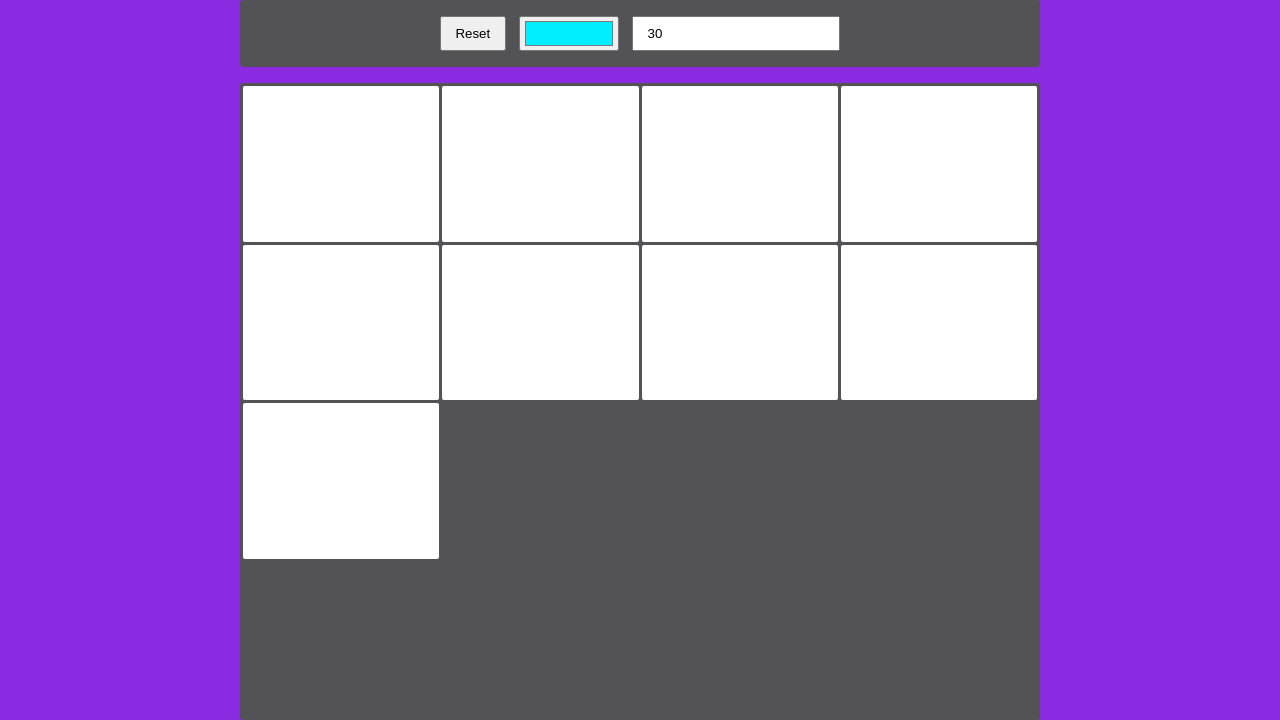
Repository: Larrowo/Challenges
Page: Pixel-Art/index.html
These files come from the project's save history. The page is drawn as it stood at one moment and after the next save; the edit follows.
The browser window is 1280 px wide. The pictures show the whole page.

Above is the page before, as saved 2022-04-20 12:36:46.

### Pixel-Art/index.html
<!DOCTYPE html>
<html lang="en">

<head>
    <meta charset="UTF-8" />
    <meta http-equiv="X-UA-Compatible" content="IE=edge" />
    <meta name="viewport" content="width=device-width, initial-scale=1.0" />
    <title>Document</title>
    <link rel="stylesheet" href="style.css" />
    <script src="/Pixel-Art/main.js" defer></script>
</head>

<body>
    <div class="navbar">
        <button class="btn">Reset</button>
        <input type="color" value="#00eeff" class="color">
        <input type="number" value="30" class="size">
    </div>
    <div class="container">
    </div>
</body>

</html>

### Pixel-Art/style.css
*{
    margin: 0;
    padding: 0;
    box-sizing: border-box;
}

html, body{
    height: 100%;
}

body{
    background-color: blueviolet;
    display: flex;
    justify-content: center;
    align-items: center;
    flex-direction: column;

}

.navbar, .container{
    background-color:rgb(83, 83, 86);
    width: 800px;
    border-radius: 3px;
}

.navbar{
    padding: 1em;
    margin-bottom: 1em;
    display: flex;
    justify-content: center;
    align-items: center;
}

.btn, input{
    height: 35px;
    padding: 0 1em;
}

.color{
    padding: 0 .25em;
    width: 100px;
    margin: 0 1em;
}

.container{
    --size: 4;
    height: 800px;
    display: grid;
    grid-template-columns: repeat(var(--size), 1fr);
    grid-template-rows: repeat(var(--size), 1fr);
    gap: 3px;
    padding: 3px;
}

.pixel{
    background-color: white;
    border-radius: 2px;
}

### Pixel-Art/main.js
const container = document.querySelector(".container");

function populate (size){
    for (let index = 0; index < size * size; index++) {
        const div = document.createElement("div");
        div.classList.add("pixel");
        container.appendChild(div);
    }
}

populate(3)

After the next save:
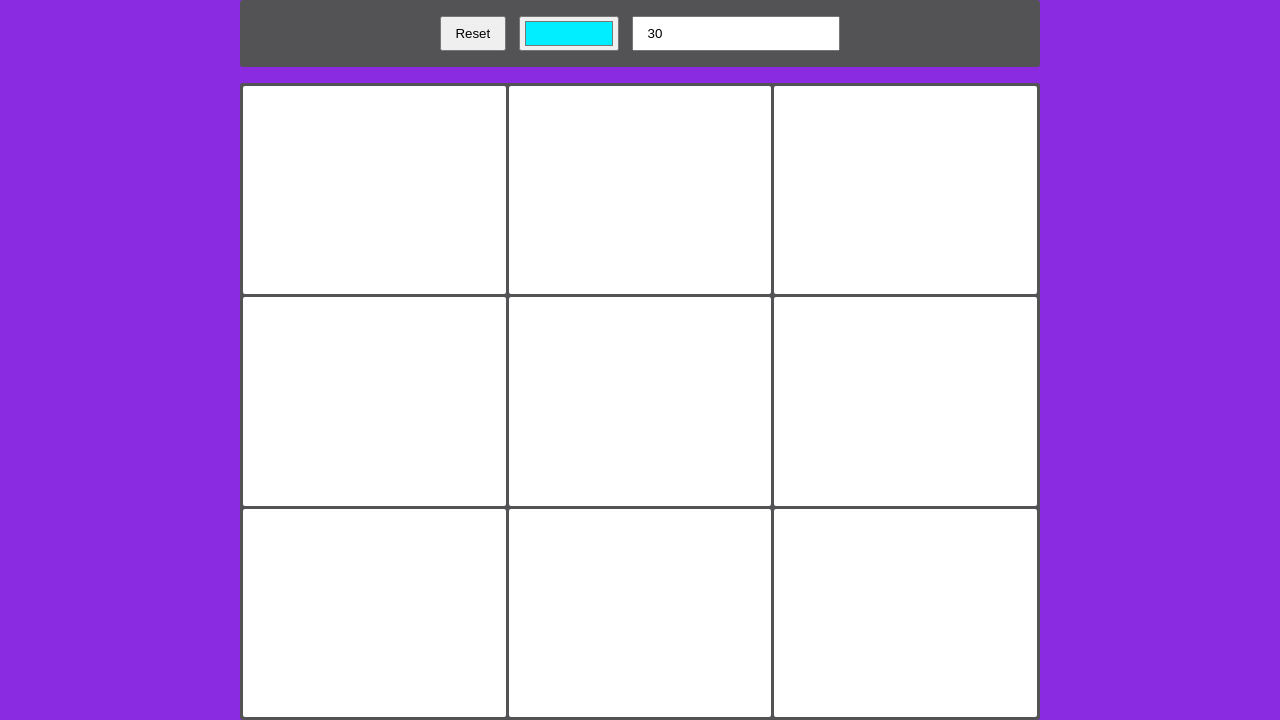
Saved 51 s later.
--- a/Pixel-Art/main.js
+++ b/Pixel-Art/main.js
@@ -1,6 +1,7 @@
 const container = document.querySelector(".container");
 
 function populate (size){
+    container.style.setProperty("--size",size)
     for (let index = 0; index < size * size; index++) {
         const div = document.createElement("div");
         div.classList.add("pixel");
